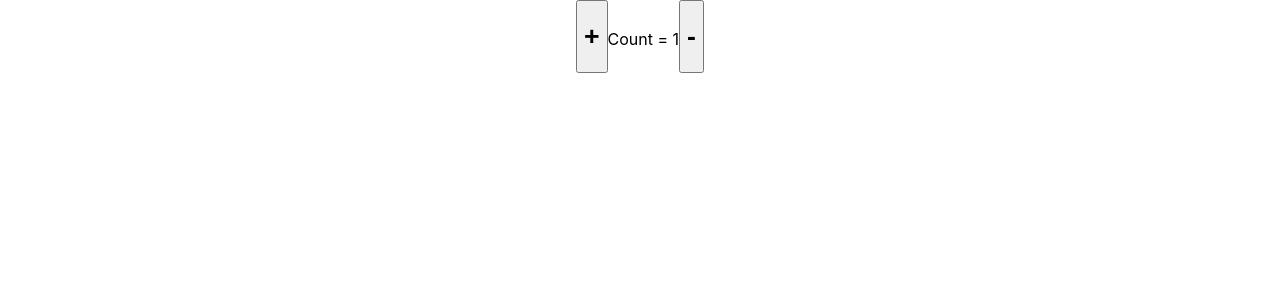
Repository: rihemebh/React-Basics
Page: / (app in redux-app/)
These files come from the project's save history. The page is drawn as it stood at one moment and after the next save; the edit follows.
The browser window is 1280 px wide. The pictures show the whole page.
The project was rebuilt for these pictures with package versions that can differ from the ones it lists, and the page was loaded fresh each time.

Above is the page before, as saved 2021-07-06 11:08:37.

After the next save:
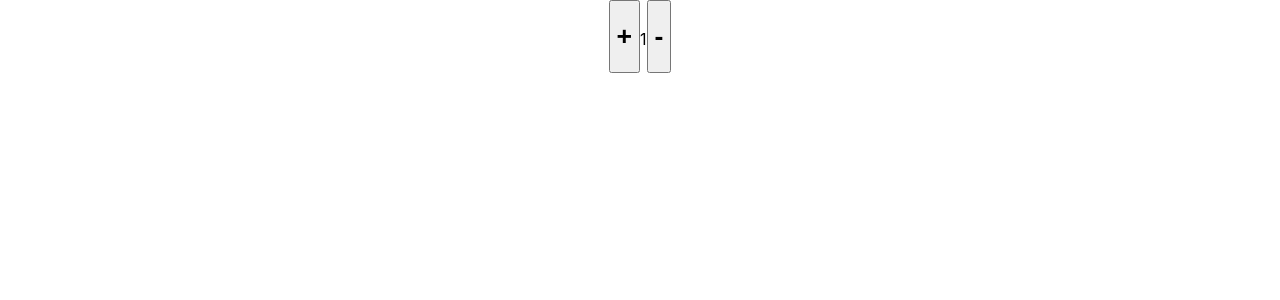
Saved 25 s later.
--- a/redux-app/src/App.js
+++ b/redux-app/src/App.js
@@ -13,7 +13,7 @@ function App() {
          dispatch(increment())
        }
      }><h1>+</h1></button>
-     Count = {counter}
+     {counter}
      <button onClick= {
        ()=>{
          dispatch(decrement())
